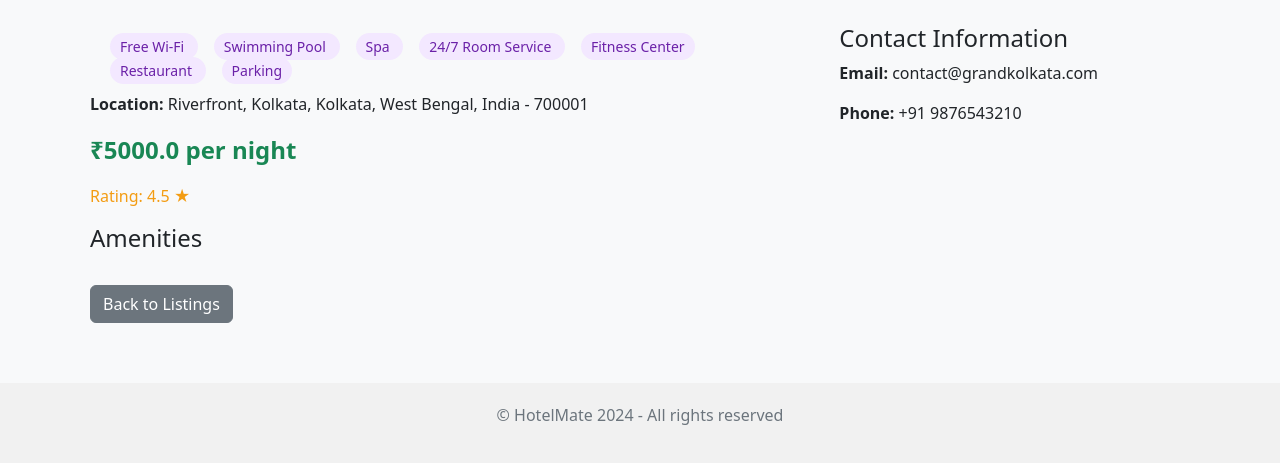
Repository: himanshu2k23/HoteMate
Page: http://localhost/HotelMate/details.jsp
These files come from the project's save history. The page is drawn as it stood at one moment and after the next save; the edit follows.
The browser window is 1280 px wide. The pictures show the part of the page from y = 706 to 1169 px (the page is 1169 px tall).
The page is served by Tomcat 10. Other server files are loaded and not shown.

Above is the page before, as saved 2025-01-13 19:17:30.

### HotelMate/src/main/webapp/details.jsp
<%@ page contentType="text/html;charset=UTF-8" language="java"%>
<!DOCTYPE html>
<html lang="en">
<head>
<meta charset="UTF-8">
<meta name="viewport" content="width=device-width, initial-scale=1.0">
<title>Hotel Details - HotelMate</title>
<!-- Bootstrap CSS -->
<link
	href="https://cdn.jsdelivr.net/npm/bootstrap@5.3.0/dist/css/bootstrap.min.css"
	rel="stylesheet">
<style>
body {
	background-color: #f8f9fa;
}

.hotel-details-container {
	margin-top: 100px;
	margin-bottom: 40px;
	padding: 20px;
}

.price {
	font-size: 1.5rem;
	font-weight: bold;
	color: #198754;
}

.rating {
	color: #f39c12;
}

.amenities-list {
	margin-left: 2px;
	padding: 10px;
}

.amenities-items {
	white-space: nowrap;
	border-radius: 9999px;
	background-color: #f3e8ff;
	padding: 0.25rem 0.625rem;
	font-size: 0.875rem;
	color: #6b21a8;
	margin: 5px 8px;
}

.amenities-list li {
	margin-bottom: 5px;
}

.carousel-item img {
	height: 500px;
	object-fit: cover;
	border-radius: 15px;
}
</style>
</head>
<body>

	<!-- Navbar -->
	<%@ include file="/Components/navbar.jsp"%>
	<%
	// Sample hotel data
	String name = "The Grand Kolkata";
	String description = "A luxurious five-star hotel offering breathtaking views of the river and world-class amenities.";
	String location = "Riverfront, Kolkata";
	String city = "Kolkata";
	String state = "West Bengal";
	String country = "India";
	String zipCode = "700001";
	double pricePerNight = 5000.0;
	float rating = 4.5f;
	String amenities = "Free Wi-Fi, Swimming Pool, Spa, 24/7 Room Service, Fitness Center, Restaurant, Parking";
	String contactEmail = "contact@grandkolkata.com";
	String contactPhone = "+91 9876543210";
	String images = "https://picsum.photos/400/300?random=1, https://picsum.photos/400/300?random=7, https://picsum.photos/400/300?random=8";

	// Split image URLs into an array
	String[] imageUrls = images.split(",");
	%>

	<div class="container hotel-details-container">
		<h2><%=name%></h2>
		<p><%=description%></p>


		<!-- Carousel for Images -->
		<div id="carousel49" class="carousel slide" data-bs-ride="carousel">
			<div class="carousel-inner">
				<%
				for (int i = 0; i < imageUrls.length; i++) {
					String image = imageUrls[i].trim();
				%>
				<div class="carousel-item <%=(i == 0) ? "active" : ""%>">
					<img src="<%=image%>" class="d-block w-100" alt="<%=name%>">
				</div>
				<%
				}
				%>
			</div>
			<%
			if (imageUrls.length > 1) {
			%>
			<button class="carousel-control-prev" type="button"
				data-bs-target="#carousel49" data-bs-slide="prev">
				<span class="carousel-control-prev-icon" aria-hidden="true"></span>
				<span class="visually-hidden">Previous</span>
			</button>
			<button class="carousel-control-next" type="button"
				data-bs-target="#carousel49" data-bs-slide="next">
				<span class="carousel-control-next-icon" aria-hidden="true"></span>
				<span class="visually-hidden">Next</span>
			</button>
			<%
			}
			%>
		</div>

		<!-- Hotel Information -->
		<div class="row mt-4">

			<div class="col-md-8">
				<div class="amenities-list">
					<%
					String[] amenitiesList = amenities.split(",");
					for (String amenity : amenitiesList) {
						amenity = amenity.trim();
					%>
					<span class="amenities-items"> <%=amenity%>
					</span>
					<%
					}
					%>
				</div>


				<p>
					<strong>Location:</strong>
					<%=location%>,
					<%=city%>,
					<%=state%>,
					<%=country%>
					-
					<%=zipCode%></p>
				<p class="price">
					₹<%=pricePerNight%>
					per night
				</p>
				<p class="rating">
					Rating:
					<%=rating%>
					★
				</p>

				<h4>Amenities</h4>

			</div>

			<div class="col-md-4">
				<h4>Contact Information</h4>
				<p>
					<strong>Email:</strong>
					<%=contactEmail%></p>
				<p>
					<strong>Phone:</strong>
					<%=contactPhone%></p>
			</div>
		</div>

		<a href="hotelList.jsp" class="btn btn-secondary mt-4">Back to
			Listings</a>
	</div>

	<!-- Footer -->
	<%@ include file="/Components/footer.jsp"%>

	<!-- Bootstrap JS (Popper.js included) -->
	<script
		src="https://cdn.jsdelivr.net/npm/@popperjs/core@2.11.7/dist/umd/popper.min.js"></script>
	<script
		src="https://cdn.jsdelivr.net/npm/bootstrap@5.3.0/dist/js/bootstrap.min.js"></script>
</body>
</html>

### HotelMate/src/main/webapp/Components/navbar.jsp
<nav class="navbar navbar-expand-lg"
	style="background-color: #343a40; border-radius: 15px; padding: 10px 20px; box-shadow: 0px 4px 12px rgba(0, 0, 0, 0.2); margin: 10px; position: fixed; top: 0px; width: calc(100% - 20px); z-index: 1000;">
	<div class="container-fluid">
		<!-- Logo and Brand Name -->
		<a class="navbar-brand text-light d-flex align-items-center"
			href="index.jsp"> <img
			src="http://localhost:8080/HotelMate/Images/HotelmateLogo.png"
			alt="Logo" width="80" height="60"
			class="d-inline-block align-text-top"> <span
			class="nav-link text-light active">HotelMate</span>
		</a>

		<!-- Toggler button for smaller screens -->
		<button class="navbar-toggler" type="button" data-bs-toggle="collapse"
			data-bs-target="#navbarNav" aria-controls="navbarNav"
			aria-expanded="false" aria-label="Toggle navigation"
			style="border-color: #f8f9fa;">
			<span class="navbar-toggler-icon" style="color: #f8f9fa;"></span>
		</button>

		<!-- Navbar Links -->
		<div class="collapse navbar-collapse" id="navbarNav">

			<script>
				// Scroll functionality
				function scrollToFeatures(event) {
					event.preventDefault();
					localStorage.setItem('scrollToFeatures', 'true');
					window.location.href = "index.jsp";
				}

				function scrollToContact(event) {
					event.preventDefault();
					localStorage.setItem('scrollToContact', 'true');
					window.location.href = "index.jsp";
				}

				// Logic to dynamically toggle login/logout
				window.addEventListener('DOMContentLoaded', () => {
					const navRight = document.querySelector('.navbar-nav.ms-auto');
					navRight.innerHTML = ''; // Clear the default buttons

					if (localStorage.getItem('HasLoggedIn') === 'true') {
						// Show dropdown if logged in
						navRight.innerHTML = `
							<li class="nav-item dropdown">
							<a class="nav-link dropdown-toggle text-light" href="#" id="userDropdown" role="button"
							data-bs-toggle="dropdown" aria-expanded="false">
							<i class="bi bi-person-circle" style="font-size: 2rem;"></i>
						</a>

								<ul class="dropdown-menu dropdown-menu-end" aria-labelledby="userDropdown">
									<li><a class="dropdown-item" href="mybookings.jsp">My Bookings</a></li>
									<li><hr class="dropdown-divider"></li>
									<li><a class="dropdown-item" href="#" onclick="logout()">Logout</a></li>
								</ul>
							</li>
						`;
					} else {
						// Show login and signup if not logged in
						navRight.innerHTML = `
							<li class="nav-item"><a class="nav-link login-btn" href="login.jsp">Login</a></li>
							<li class="nav-item"><a class="nav-link signup-btn" href="signup.jsp">Sign Up</a></li>
						`;
					}
				});

				// Logout function
				function logout() {
					localStorage.removeItem('HasLoggedIn');
					window.location.href = 'index.jsp';
				}
			</script>

			<ul class="navbar-nav me-auto">
				<li class="nav-item"><a
					class="nav-link text-light active hover-effect" aria-current="page"
					href="index.jsp">Home</a></li>
				<li class="nav-item"><a
					class="nav-link text-light hover-effect" href="#"
					onclick="scrollToFeatures(event)">Features</a></li>
				<li class="nav-item"><a
					class="nav-link text-light hover-effect" href="HotelDataServlet">Hotels</a></li>
				<li class="nav-item"><a
					class="nav-link text-light hover-effect" href="#"
					onclick="scrollToContact(event)">Contact Us</a></li>
			</ul>

			<!-- Login/Sign Up or Account Dropdown -->
			<ul class="navbar-nav ms-auto gap-3"></ul>
		</div>
	</div>
</nav>

<style>
.hover-effect {
	transition: color 0.3s ease, background-color 0.3s ease;
}

.hover-effect:hover {
	color: #97CC04 !important;
}

.login-btn, .signup-btn {
	background-color: #97CC04;
	color: #fff;
	border-radius: 5px;
	padding: 8px 15px;
	transition: background-color 0.3s ease;
}

.login-btn:hover, .signup-btn:hover {
	background-color: #76b302;
	color: #fff;
}
</style>

### HotelMate/src/main/webapp/Components/footer.jsp
<style>
.footer {
	padding: 20px 0;
	background-color: #f1f1f1;
	text-align: center;
}
</style>

<div class='footer' id="footer">
	<p class="text-center text-secondary">© HotelMate 2024 - All
		rights reserved</p>
</div>

After the next save:
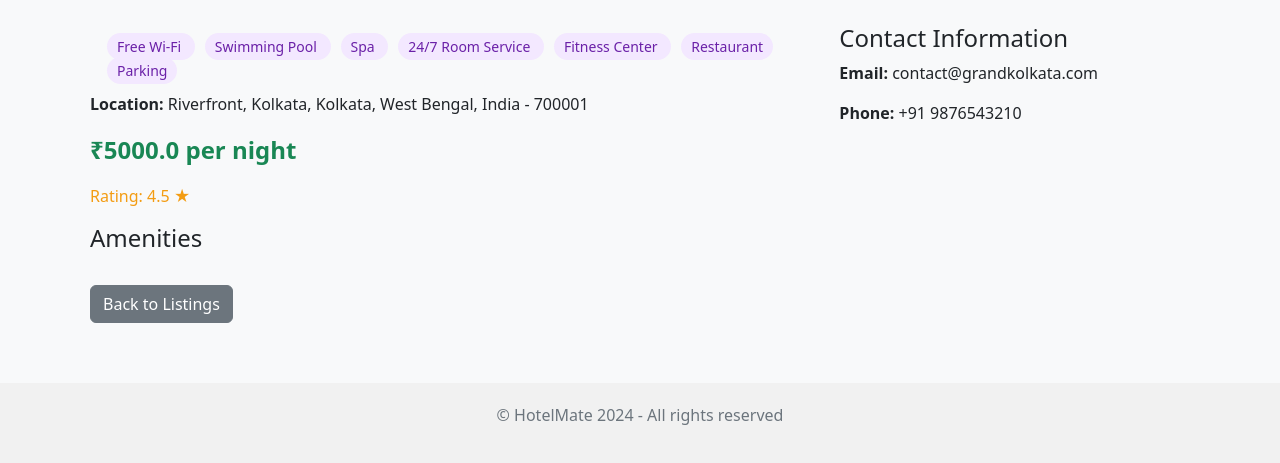
Saved 30 s later.
--- a/HotelMate/src/main/webapp/details.jsp
+++ b/HotelMate/src/main/webapp/details.jsp
@@ -42,7 +42,7 @@ body {
 	padding: 0.25rem 0.625rem;
 	font-size: 0.875rem;
 	color: #6b21a8;
-	margin: 5px 8px;
+	margin: 2px 5px;
 }
 
 .amenities-list li {
